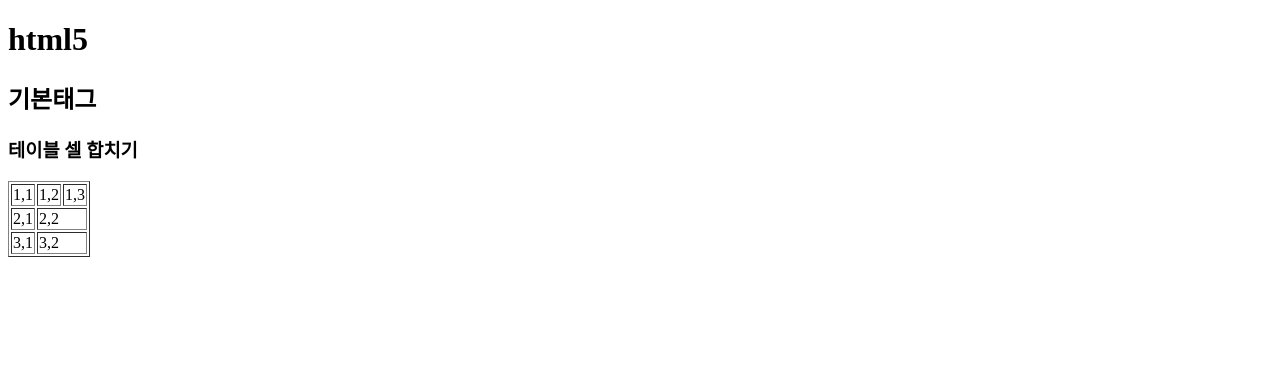
Repository: jeemaru/htme_01
Page: html_01/ex06.html
These files come from the project's save history. The page is drawn as it stood at one moment and after the next save; the edit follows.
The browser window is 1280 px wide. The pictures show the whole page.

Above is the page before, as saved 2022-04-01 01:54:36.

After the next save:
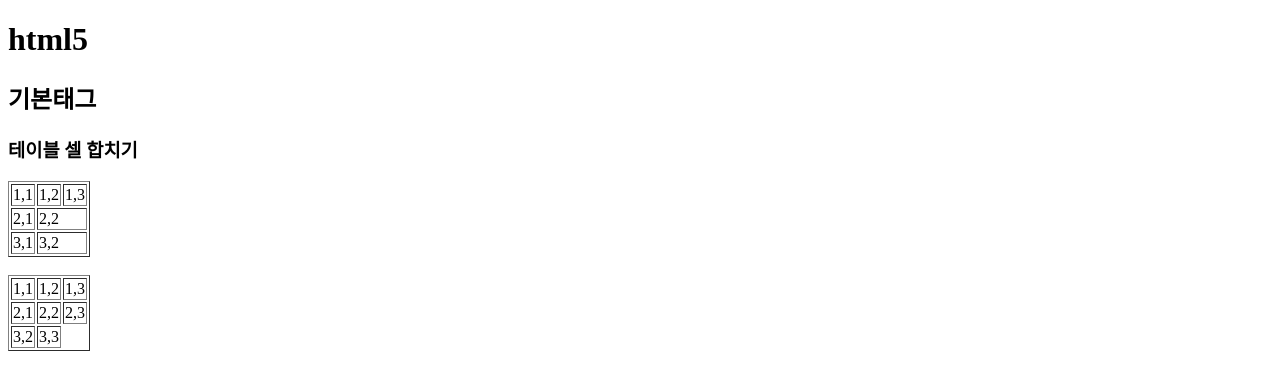
Saved 4 min 35 s later.
--- a/html_01/ex06.html
+++ b/html_01/ex06.html
@@ -28,6 +28,26 @@
 			</tr>
 		</table>
 
+		<br>
+
+		<table border="1">
+			<tr>
+				<td>1,1</td>
+				<td>1,2</td>
+				<td>1,3</td>
+			</tr>
+			<tr>
+				<td lowspan="2">2,1</td>
+				<td>2,2</td>
+				<td>2,3</td>
+			</tr>
+			<tr>
+				<td>3,2</td>
+				<td>3,3</td>
+			</tr>
+
+		</table>
+
 
 	</body>
 
